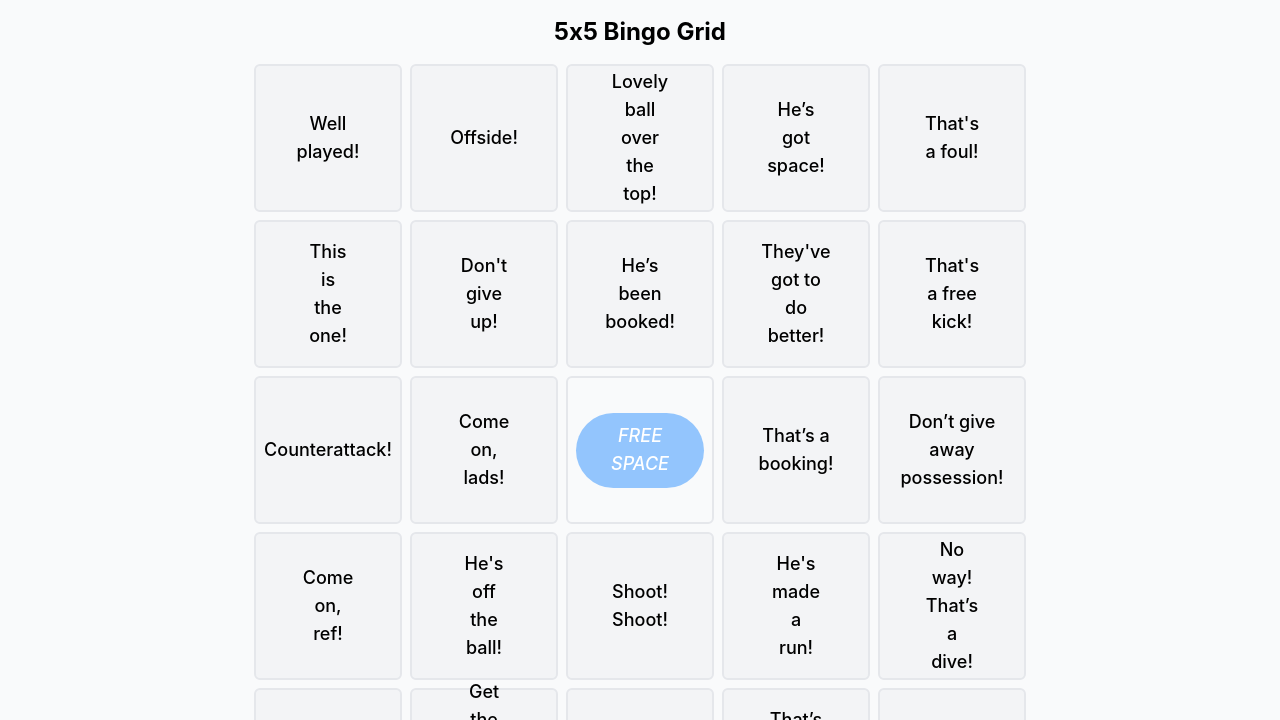
Repository: yassirbn/football-bingo
Page: /
These files come from the project's save history. The page is drawn as it stood at one moment and after the next save; the edit follows.
The browser window is 1280 px wide. The pictures show the whole page.
The project was rebuilt for these pictures with package versions that can differ from the ones it lists, and the page was loaded fresh each time.

Above is the page before, as saved 2024-11-26 18:34:53.

### src/index.css

@import url('https://fonts.googleapis.com/css2?family=Caveat:wght@400;700&display=swap');

@tailwind base;
@tailwind components;
@tailwind utilities;


body {
  margin: 0;
  font-family: -apple-system, BlinkMacSystemFont, 'Segoe UI', 'Roboto', 'Oxygen',
    'Ubuntu', 'Cantarell', 'Fira Sans', 'Droid Sans', 'Helvetica Neue',
    sans-serif;
  -webkit-font-smoothing: antialiased;
  -moz-osx-font-smoothing: grayscale;
}

code {
  font-family: source-code-pro, Menlo, Monaco, Consolas, 'Courier New',
    monospace;
}

### src/App.js
import React from "react";
import BingoGrid from "./component/BingoGrid/BingoGrid";


const App = () => {
  const words  = [
    "What a save!",
    "Offside!",
    "Penalty! Oh, no!",
    "Pass the ball!",
    "That's a dive!",
    "Red card!",
    "Goal! What a strike!",
    "He's on fire!",
    "Foul!",
    "Clear it!",
    "He's through on goal!",
    "Nice touch!",
    "What a tackle!",
    "Great cross!",
    "Counterattack!",
    "He’s injured!",
    "Come on, ref!",
    "Get it in the box!",
    "Keeper's got it!",
    "That's a foul!",
    "No way! That’s a dive!",
    "Good save, keeper!",
    "What a ball!",
    "Hold it up!",
    "Look at that footwork!",
    "Get stuck in!",
    "That’s a booking!",
    "Lovely ball over the top!",
    "That’s a terrible miss!",
    "Get back!",
    "Play to the whistle!",
    "It's all square!",
    "Time for a substitution!",
    "They’re all over them!",
    "Nice pass!",
    "He’s got space!",
    "He’s wide open!",
    "Well played!",
    "Take a shot!",
    "That’s a brilliant goal!",
    "What a finish!",
    "Come on, lads!",
    "Don't give up!",
    "He's made a run!",
    "Get the ball out of there!",
    "Hold the line!",
    "He’s been booked!",
    "That's a red card!",
    "This could be it!",
    "He’s in the clear!",
    "It’s a goal kick!",
    "That's a free kick!",
    "Shoot! Shoot!",
    "That's too easy!",
    "They've got to do better!",
    "He's off the ball!",
    "Put it in the back of the net!",
    "This is getting tense!",
    "He’s looking dangerous!",
    "Don’t give away possession!",
    "He’s gone down easy!",
    "That's a top save!",
    "This is the one!",
    "Make it count!"
  ];


  return (
    <div className="min-h-screen bg-gray-50 flex items-center justify-center">
      <BingoGrid words={words} />
    </div>
  );
};

export default App;

### src/component/BingoGrid/BingoGrid.js
import React, { useState } from "react";

const BingoGrid = ({ words }) => {
  const gridSize = 5; // 5x5 grid
  const totalCells = gridSize * gridSize;

  // Shuffle words only once and store in state
  const initializeGrid = () => {
    const shuffledWords = [...words].sort(() => 0.5 - Math.random()).slice(0, totalCells);

    // Fill with placeholders if not enough words
    while (shuffledWords.length < totalCells) {
      shuffledWords.push("PLACEHOLDER");
    }

    // Replace the center cell with "FREE SPACE"
    const centerIndex = Math.floor(totalCells / 2);
    shuffledWords[centerIndex] = "FREE SPACE";

    return shuffledWords;
  };

  const [gridWords] = useState(initializeGrid);
  const [selectedCells, setSelectedCells] = useState(
    Array(totalCells).fill(false).map((_, i) => i === Math.floor(totalCells / 2)) // Center (FREE SPACE) is pre-selected
  );
  const [bingo, setBingo] = useState(false);

  // Handle cell click
  const handleCellClick = (index) => {
    if (gridWords[index] === "FREE SPACE" || selectedCells[index]) return; // Ignore clicks on FREE SPACE or already selected cells

    const updatedSelection = [...selectedCells];
    updatedSelection[index] = true;
    setSelectedCells(updatedSelection);

    // Check for Bingo
    checkForBingo(updatedSelection);
  };

  // Check for Bingo
  const checkForBingo = (selected) => {
    const checkLine = (line) => line.every((index) => selected[index]);

    // Generate all rows, columns, and diagonals
    const rows = Array.from({ length: gridSize }, (_, i) =>
      Array.from({ length: gridSize }, (_, j) => i * gridSize + j)
    );
    const cols = Array.from({ length: gridSize }, (_, i) =>
      Array.from({ length: gridSize }, (_, j) => j * gridSize + i)
    );
    const diagonal1 = Array.from({ length: gridSize }, (_, i) => i * gridSize + i);
    const diagonal2 = Array.from({ length: gridSize }, (_, i) => (i + 1) * gridSize - (i + 1));

    const lines = [...rows, ...cols, diagonal1, diagonal2];

    if (lines.some(checkLine)) {
      setBingo(true); // Set Bingo to true to trigger animations
    }
  };

  return (
    <div className="p-4 relative h-screen overflow-hidden">
      {/* Fireworks Animation */}
      {bingo && (
        <div className="absolute inset-0 z-20 flex justify-center items-center pointer-events-none">
          {/* Firework Particles */}
          {Array.from({ length: 300 }).map((_, idx) => (
            <div
              key={idx}
              className="fireworks-particle w-4 h-4 rounded-full absolute animate-fireworks"
              style={{
                "--x": `${Math.random() * 120 - 60}vw`, // Expanded X direction
                "--y": `${Math.random() * 120 - 60}vh`, // Expanded Y direction
                "--size": `${Math.random() * 10 + 5}px`, // Random size (larger particles)
                "--duration": `${Math.random() * 2 + 1.5}s`, // Increased duration for longer explosion
                "--delay": `${Math.random() * 0.5}s`, // Random delay
                backgroundColor: `hsl(${Math.random() * 360}, 100%, 50%)`, // Random color (HSL)
                transform: `rotate(${Math.random() * 360}deg)` // Random rotation for more chaos
              }}
            ></div>
          ))}
        </div>
      )}

      {/* Bingo Text Animation */}
      {bingo && (
        <div className="absolute inset-0 flex items-center justify-center z-10 animate-bingo-fade">
          <h2 className="text-7xl sm:text-8xl md:text-9xl lg:text-10xl font-extrabold text-red-600 animate-bingo-shake">
            BINGO!
          </h2>
        </div>
      )}

      {/* Bingo Grid */}
      <h1 className="text-center text-2xl font-bold mb-4">5x5 Bingo Grid</h1>
      <div
        className="grid gap-2"
        style={{
          gridTemplateColumns: `repeat(${gridSize}, minmax(50px, 1fr))`,
        }}
      >
        {gridWords.map((word, index) => (
          <div
            key={index}
            className={`flex items-center justify-center border-2 rounded-md text-center font-medium aspect-square p-2
              ${selectedCells[index] ? "bg-transparent" : "bg-gray-100 hover:bg-blue-200 cursor-pointer"}
              ${word === "FREE SPACE" ? "cursor-default" : ""}`}
            onClick={() => handleCellClick(index)}
          >
            <div
              className={`${
                selectedCells[index]
                  ? "bg-blue-300 text-white" // Selected cells get a blue background
                  : "bg-transparent"
              } rounded-full flex items-center justify-center
              ${word === "FREE SPACE" ? "font-bold italic" : ""}
              py-3 px-6 sm:py-4 sm:px-8 md:py-6 md:px-12 lg:py-8 lg:px-16`}
              style={{
                width: "75px", // Adjusted for mobile/tablet responsiveness
                height: "75px", // Adjusted for mobile/tablet responsiveness
                minWidth: "75px", // Ensures the circle doesn't shrink smaller than this
              }}
            >
              <span
                className={`text-xs sm:text-sm md:text-base lg:text-lg font-medium`}
              >
                {word}
              </span>
            </div>
          </div>
        ))}
      </div>
    </div>
  );
};

export default BingoGrid;

### tailwind.config.js
/** @type {import('tailwindcss').Config} */
module.exports = {
  content: ['./src/**/*.{js,jsx,ts,tsx}'],
  theme: {
    extend: {
      fontFamily: {
        handwritten: ["'Caveat'", "cursive"],
      },
      animation: {
        fireworks: "fireworks 1.5s ease-out forwards",
        "bingo-fade": "bingo-fade 2s ease-out forwards",
        "bingo-shake": "bingo-shake 0.5s ease-in-out infinite",
      },
      keyframes: {
        fireworks: {
          "0%": {
            transform: "scale(0) translate(0, 0)",
            opacity: 1,
          },
          "50%": {
            transform: "scale(1) translate(var(--x), var(--y))",
            opacity: 1,
          },
          "100%": {
            transform: "scale(2) translate(var(--x), var(--y))",
            opacity: 0,
          },
        },
        "bingo-fade": {
          "0%": { opacity: 0 },
          "100%": { opacity: 1 },
        },
        "bingo-shake": {
          "0%": { transform: "rotate(0)" },
          "25%": { transform: "rotate(5deg)" },
          "50%": { transform: "rotate(0)" },
          "75%": { transform: "rotate(-5deg)" },
          "100%": { transform: "rotate(0)" },
        },
      },
    },
  },
  plugins: [],
}

Loaded but not shown: public/index.html (common file); src/index.js (common file); src/reportWebVitals.js (common file)

After the next save:
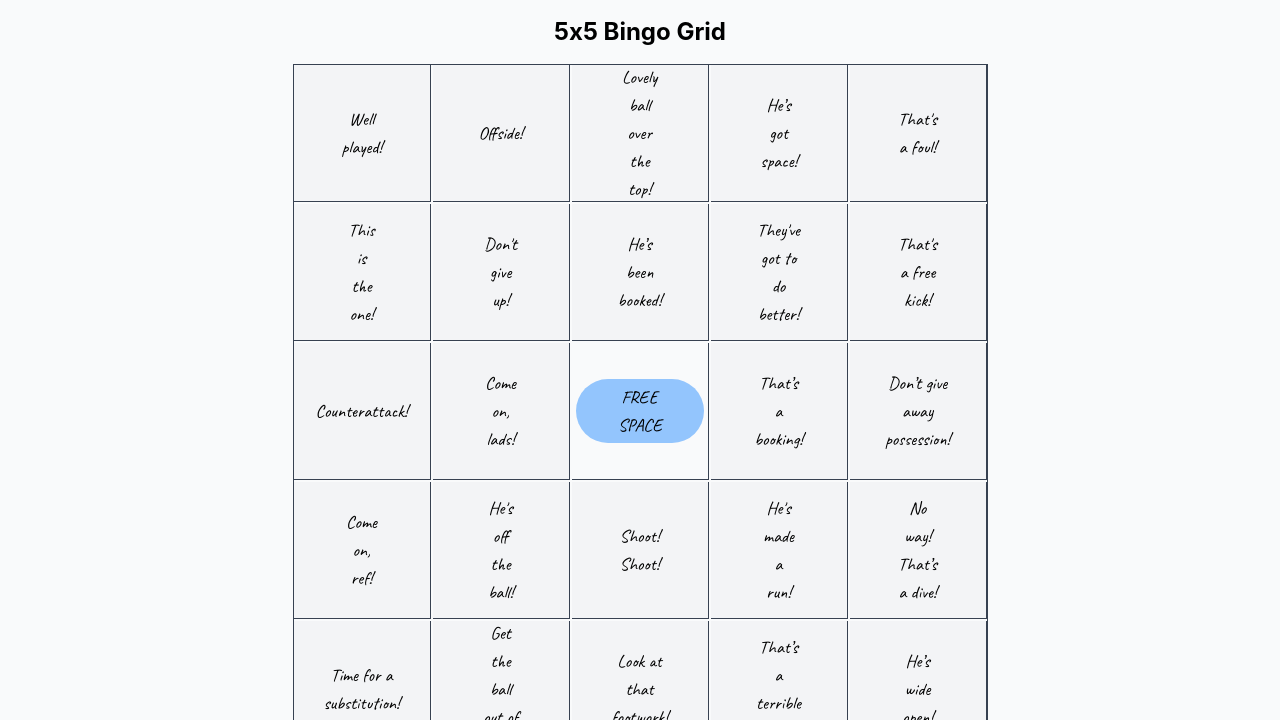
Saved 2 min 8 s later.
--- a/src/component/BingoGrid/BingoGrid.js
+++ b/src/component/BingoGrid/BingoGrid.js
@@ -95,35 +95,31 @@ const BingoGrid = ({ words }) => {
       {/* Bingo Grid */}
       <h1 className="text-center text-2xl font-bold mb-4">5x5 Bingo Grid</h1>
       <div
-        className="grid gap-2"
+        className="grid gap-0.5 border border-gray-700"
         style={{
-          gridTemplateColumns: `repeat(${gridSize}, minmax(50px, 1fr))`,
+          gridTemplateColumns: `repeat(${gridSize}, 1fr)`,
         }}
       >
         {gridWords.map((word, index) => (
           <div
             key={index}
-            className={`flex items-center justify-center border-2 rounded-md text-center font-medium aspect-square p-2
+            className={`flex items-center justify-center border-b border-r border-gray-700 text-center font-medium aspect-square p-1
               ${selectedCells[index] ? "bg-transparent" : "bg-gray-100 hover:bg-blue-200 cursor-pointer"}
               ${word === "FREE SPACE" ? "cursor-default" : ""}`}
             onClick={() => handleCellClick(index)}
           >
             <div
               className={`${
-                selectedCells[index]
-                  ? "bg-blue-300 text-white" // Selected cells get a blue background
-                  : "bg-transparent"
-              } rounded-full flex items-center justify-center
-              ${word === "FREE SPACE" ? "font-bold italic" : ""}
-              py-3 px-6 sm:py-4 sm:px-8 md:py-6 md:px-12 lg:py-8 lg:px-16`}
+                selectedCells[index] ? "bg-blue-300 text-white" : "bg-transparent"
+              } rounded-full flex items-center justify-center py-3 px-6 sm:py-4 sm:px-8 md:py-6 md:px-12 lg:py-8 lg:px-16`}
               style={{
-                width: "75px", // Adjusted for mobile/tablet responsiveness
-                height: "75px", // Adjusted for mobile/tablet responsiveness
-                minWidth: "75px", // Ensures the circle doesn't shrink smaller than this
+                width: "50px", // Adjusted for mobile/tablet responsiveness
+                height: "50px", // Adjusted for mobile/tablet responsiveness
+                minWidth: "50px", // Ensures the circle doesn't shrink smaller than this
               }}
             >
               <span
-                className={`text-xs sm:text-sm md:text-base lg:text-lg font-medium`}
+                className="text-xs sm:text-sm md:text-base lg:text-lg font-medium text-black font-handwritten"
               >
                 {word}
               </span>
